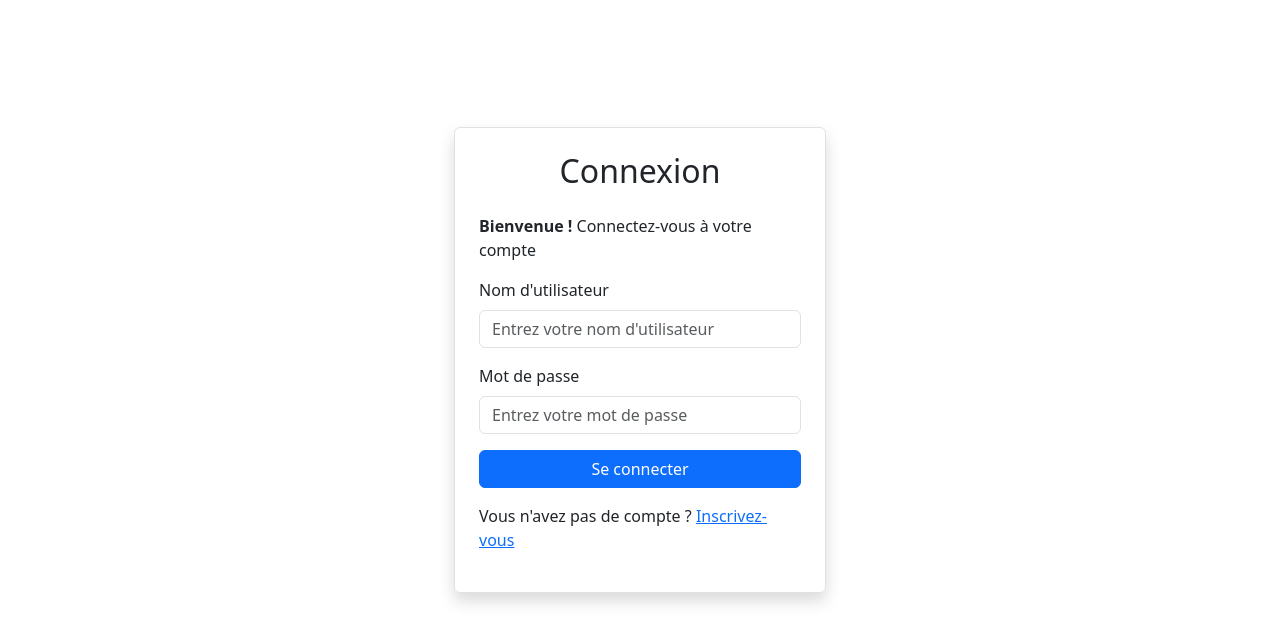
Repository: Johnlutala/Gestion_de_bibliotheque
Page: templates/security/login.html.twig
An editor plug-in stored every save of this project. The page is shown before and after a run of saves, followed by the edit.
The browser window is 1280 px wide. The pictures show the whole page.
The page is a Twig template of a Symfony application; nobody is signed in and links lead nowhere. The template is opened directly, without the code that normally fills it, so the values that code supplies are empty.

Above is the page before, as saved 2026-02-12 13:54:22.

### templates/security/login.html.twig
{% extends 'base.html.twig' %}

{% block title %}Log in!{% endblock %}

{% block body %}

<!DOCTYPE html>
<html lang="fr">
<head>
  <meta charset="UTF-8">
  <title>Connexion</title>
  <link href="https://cdn.jsdelivr.net/npm/bootstrap@5.3.2/dist/css/bootstrap.min.css" rel="stylesheet">
</head>
<body>

<!-- Container centré verticalement et horizontalement -->
<div class="container vh-100 d-flex justify-content-center align-items-center">
  <div class="col-md-4">
    <form class="border p-4 rounded shadow w-100">
      <h2 class="text-center mb-4">Connexion</h2>
        <p class="text-justify-extends"> <strong>Bienvenue !</strong> Connectez-vous à votre compte</p>
      <!-- Champ username -->
      <div class="mb-3">
        <label for="username" class="form-label">Nom d'utilisateur</label>
        <input type="text" class="form-control" id="username" placeholder="Entrez votre nom d'utilisateur">
      </div>

      <!-- Champ mot de passe -->
      <div class="mb-3">
        <label for="password" class="form-label">Mot de passe</label>
        <input type="password" class="form-control" id="password" placeholder="Entrez votre mot de passe">
      </div>

      <!-- Bouton connexion -->
      <button type="submit" class="btn btn-primary w-100 ">Se connecter</button>
          <p class="text-justify-extends mt-3"> Vous n'avez pas de compte ? <a href=""> Inscrivez-vous</a> </p>

    </form>

  </div>
</div>

</body>
</html>
{% endblock %}

### templates/base.html.twig
<!DOCTYPE html>
<html>
	<head>
		<meta charset="UTF-8">
		<title>
			{% block title %}- Gestion de Bibliothèque
			{% endblock %}
		</title>


	</head>
	<body>
		{% block body %}
			<div class="container"></div>
		{% endblock %}
	</body>
</html>

After the next 3 saves:
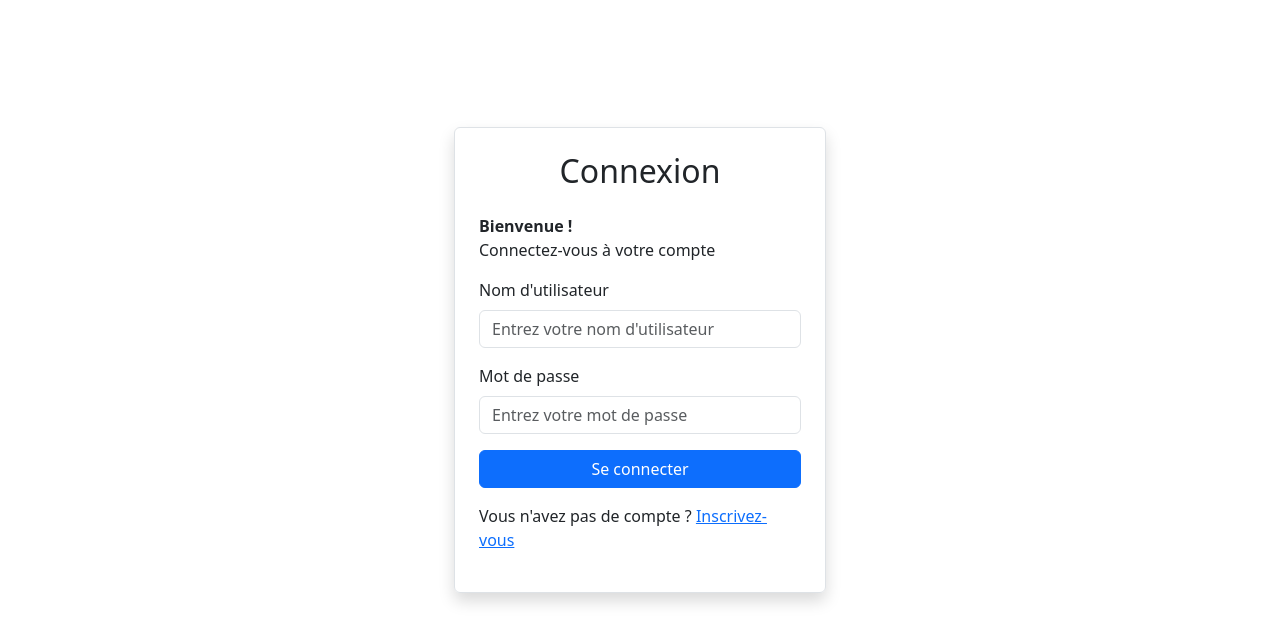
The 3 saves are shown as one change because they came seconds apart.
The last was saved 4 min 17 s later.
--- a/templates/security/login.html.twig
+++ b/templates/security/login.html.twig
@@ -18,7 +18,7 @@
   <div class="col-md-4">
     <form class="border p-4 rounded shadow w-100">
       <h2 class="text-center mb-4">Connexion</h2>
-        <p class="text-justify-extends"> <strong>Bienvenue !</strong> Connectez-vous à votre compte</p>
+        <p class="text-justify-extends"> <strong>Bienvenue !</strong> <br> Connectez-vous à votre compte</p>
       <!-- Champ username -->
       <div class="mb-3">
         <label for="username" class="form-label">Nom d'utilisateur</label>
